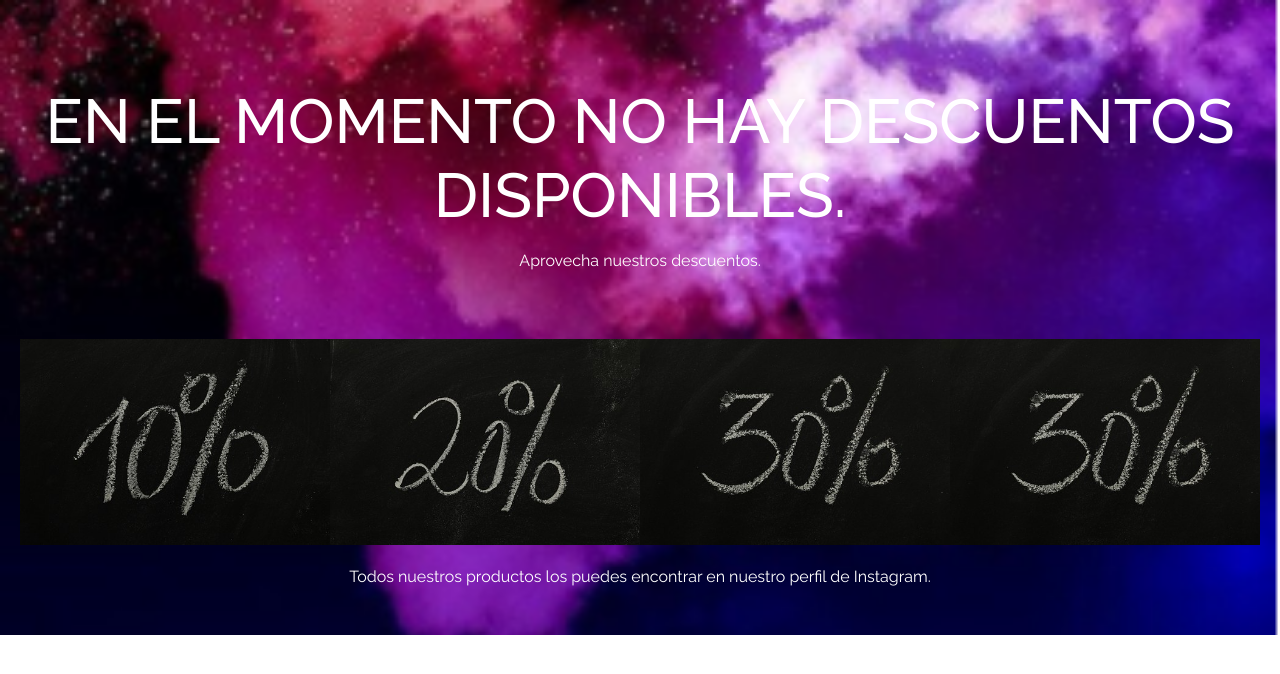
Repository: MrOverfl0w/CreacionesYura
Page: public/html/promos.html
The author's editor kept a record of every edit. The page is drawn from the files as they stood at one moment, then again after the next edit.
The browser window is 1280 px wide. The pictures show the whole page.

Above is the page before.
Console error: TypeError: $(...).superfish is not a function

After the next edit:
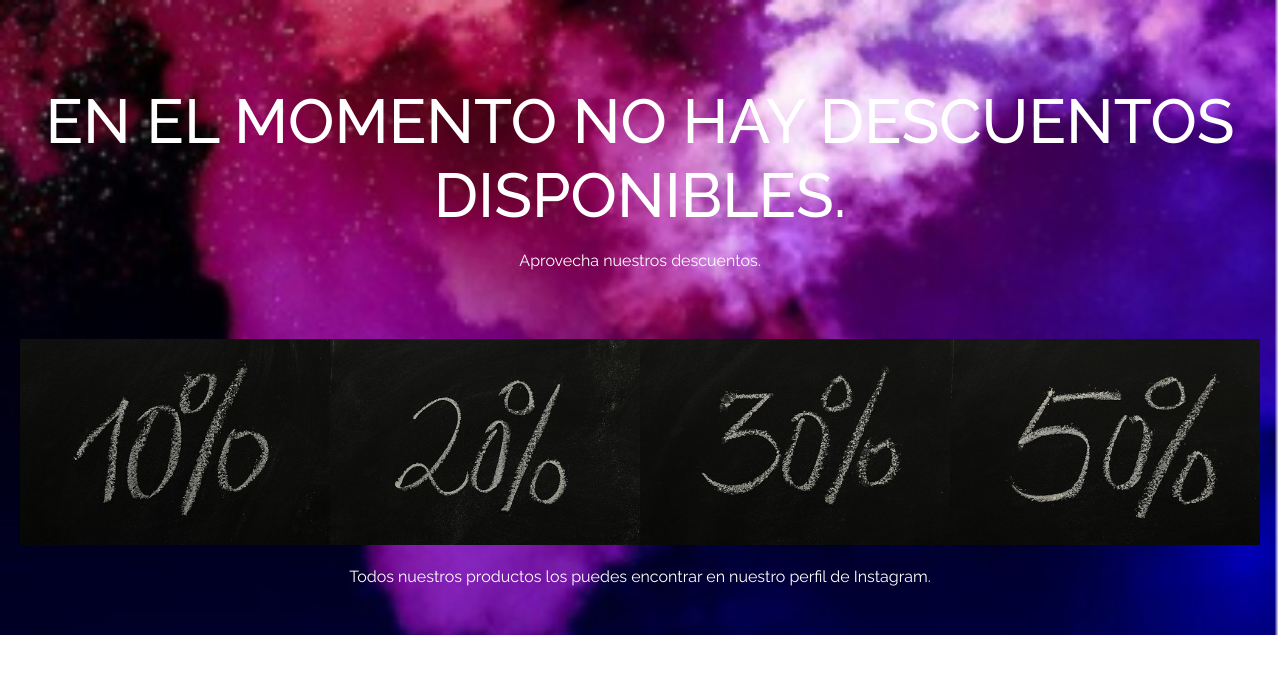
The edit:
--- a/public/html/promos.html
+++ b/public/html/promos.html
@@ -74,7 +74,7 @@
 
         <div class="col-lg-3 col-sm-6 col-xs-12">
           <div class="card card-block">
-            <a href="#"><img alt="" src="img/d/d4.jpg">
+            <a href="#"><img alt="" src="img/d/d3.jpg">
               </a>
           </div>
         </div>
